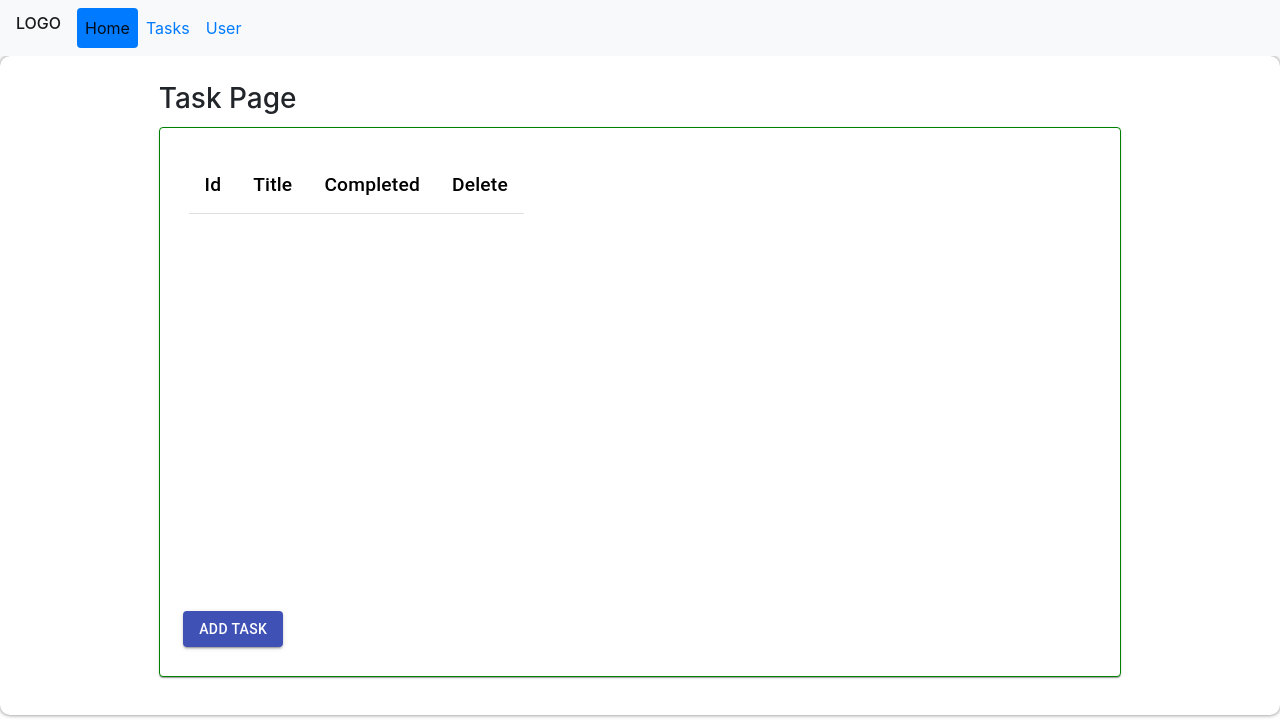
Repository: lalji-yadav/Nimapinfotech-demo-project
Page: /tasks
The author's editor kept a copy of each file at every save. The page is drawn from the files as they stood at one save, then again after the next save.
The browser window is 1280 px wide. The pictures show the whole page.
The page's requests for data from a server got no answer. The project was rebuilt for these pictures with package versions that can differ from the ones it lists, and the page was loaded fresh each time. No one was signed in, and anything a server would have sent is missing. Also part of the build but not shown: src/components/Home.js, src/components/Users.js, src/components/Login.js.

Above is the page before, as saved 2021-01-18 11:45:00.

### src/App.js
// import './App.css';
import Navbar from "./components/Navbars";
import Login from "./components/Login";


function App() {
  return (
    <div>

    {/* <Login /> */}
    <Navbar />
    </div>
  );
}

export default App;

### src/components/Navbars.js
import React from 'react';
import { Navbar,Nav,NavDropdown,Form,FormControl ,Button } from 'react-bootstrap';
import {
  BrowserRouter as Router,
  Switch,
  Route,
  Link
} from "react-router-dom";

import Home from "./Home";
import Tasks from "./Tasks";
import User from "./Users";
import Login from "./Login";


const Navbars=()=> {
        return (
            <div>

              <Router>
                  <Navbar bg="light" expand="lg">
                      <Navbar.Brand> <h6>LOGO</h6></Navbar.Brand>
                      <Navbar.Toggle aria-controls="basic-navbar-nav" />
                      <Navbar.Collapse id="basic-navbar-nav">
                      <Nav variant="pills" defaultActiveKey="/">
                        <Nav.Item>
                          <Nav.Link href="/">Home </Nav.Link>
                        </Nav.Item>
                        <Nav.Item>
                          <Nav.Link eventKey="link-1"> <Link to="/tasks"> Tasks </Link> </Nav.Link>
                        </Nav.Item>
                        <Nav.Item>
                          <Nav.Link eventKey="link-2">
                          <Link to="/user"> User </Link>
                          </Nav.Link>
                        </Nav.Item>
                      </Nav>
                      </Navbar.Collapse>
                    </Navbar>


                    <Switch>
                      <Route exact path="/" component={Home} />

                      <Route exact path="/user" component={User} />

                      <Route exact path="/tasks" component={Tasks} />

                      <Route exact path="/login" component={Login} />

                    </Switch>
             </Router>

            </div>
        );
    }

export default Navbars;

### src/components/Tasks.js
import axios from 'axios';
import React, { useEffect, useState } from 'react';
import { Card,Table,TableHead,TableRow,TableCell,TableBody,Button } from "@material-ui/core";
import '../App.css';

function Tasks() {

    const [data, setData] = useState([]);

    useEffect(() => {
        axios.get('http://jsonplaceholder.typicode.com/todos').then((res) => {
            // console.log(res)
            setData(res.data);
            console.log(res.data);
        }).catch((error) => {
            console.log(error);
        });
    }, []);

    return (
        <div className="effect1" style={{ padding: "2% 3% 3% 3%" }}>
            <h3 style={{marginLeft:'10%'}}>Task Page</h3>

            <Card style={{ width: "80%", margin: "1% 10% 0% 10%", border: "1px solid green" }}>

                <Table aria-label="simple table">
                    <div className="scroll-tab">

                    <TableHead>
                        <TableRow>
                            <TableCell style={{ fontSize: "1.5vw", color: "black" }} align="center">Id</TableCell>
                            <TableCell style={{ fontSize: "1.5vw", color: "black" }} align="center">Title</TableCell>
                            <TableCell style={{ fontSize: "1.5vw", color: "black" }} align="center">Completed</TableCell>
                            <TableCell style={{ fontSize: "1.5vw", color: "black" }} align="center">Delete</TableCell>
                        </TableRow>
                    </TableHead>

                    <TableBody>
                        {data.filter((item) => !item.hidden).map((item, row) => (
                            <TableRow key={row.id}>
                                <TableCell style={{ fontSize: "1.3vw" }} align='center'>
                                    {item.id}
                                </TableCell>
                                <TableCell style={{ fontSize: "1.3vw" }} align="center">{item.title}</TableCell>
                                <TableCell style={{ fontSize: "1.3vw" }} align="center">{item.completed ? "True" : "False"}</TableCell>
                                <TableCell style={{ fontSize: "1.3vw" }} align="center">
                                    <Button style={{ fontSize: "1vw" }} variant="contained" color="secondary">Delete</Button>
                                </TableCell>
                            </TableRow>
                        ))}
                    </TableBody>

                    </div>
                </Table>

                <div className="row" style={{padding:'1% 0% 3% 4%'}}>
                    <Button variant="contained" color="primary"> Add Task </Button>

                </div>


            </Card>
        </div>
    );
}

export default Tasks;

### src/App.css
.scroll-tab {
    height: 55vh;
    margin: 3% 3% 5% 3%;
    overflow-y: scroll;
    border: "1px solid red";
}
::-webkit-scrollbar{
    width: 12px;
    height: 12px;
}
::-webkit-scrollbar-track {
    box-shadow: inset 0 0 10px #4A4A4A;
    border-radius: 10px;
    }

    ::-webkit-scrollbar-thumb {
    border-radius: 10px;
    background: #4A4A4A;
}

.effect1{
        box-shadow: 0px 0px 4px #777;
        border-radius: 10px;
}

Loaded but not shown: public/index.html (common file); src/index.js (common file); src/index.css (common file); src/reportWebVitals.js (common file)

After the next save:
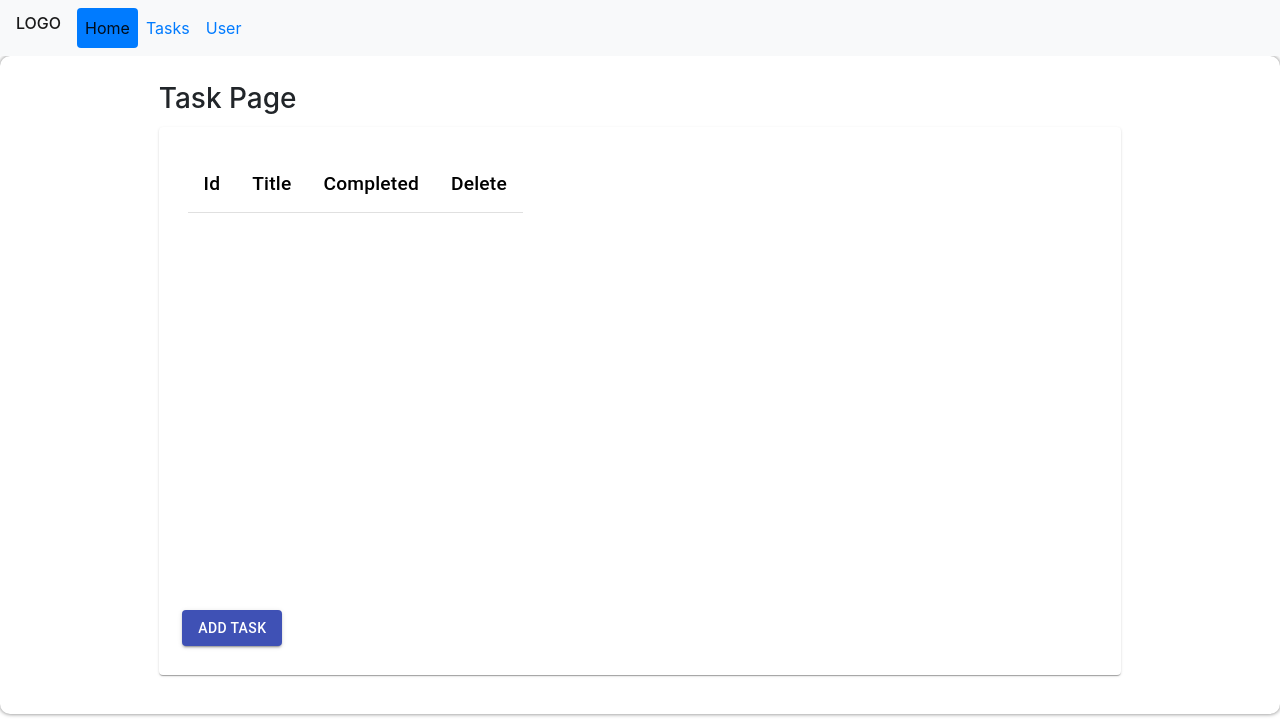
Saved 19 s later.
--- a/src/components/Tasks.js
+++ b/src/components/Tasks.js
@@ -21,7 +21,7 @@ function Tasks() {
         <div className="effect1" style={{ padding: "2% 3% 3% 3%" }}>
             <h3 style={{marginLeft:'10%'}}>Task Page</h3>
 
-            <Card style={{ width: "80%", margin: "1% 10% 0% 10%", border: "1px solid green" }}>
+            <Card style={{ width: "80%", margin: "1% 10% 0% 10%"}}>
 
                 <Table aria-label="simple table">
                     <div className="scroll-tab">
